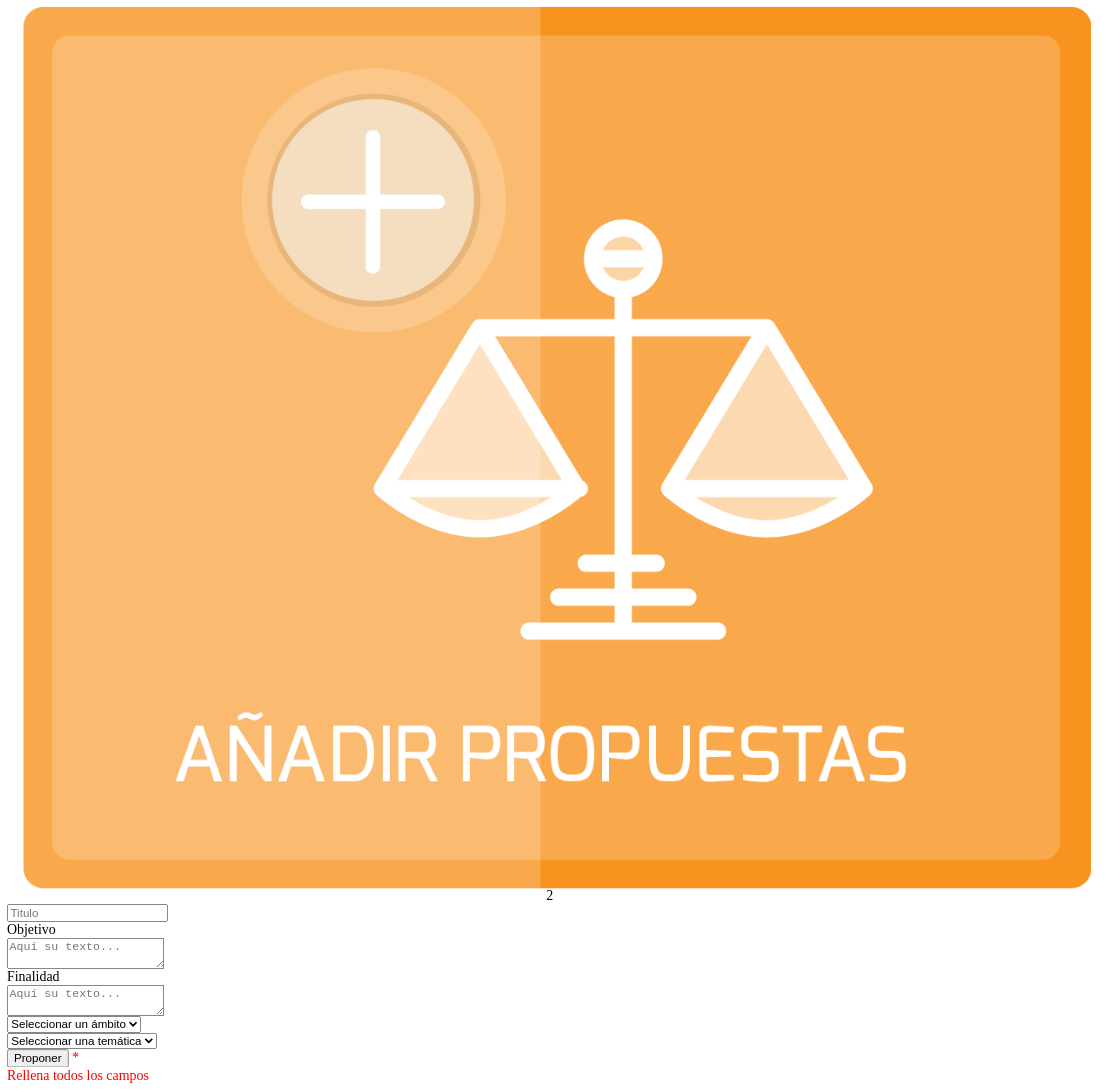
Repository: gamesrol/smartLament
Page: Cliente/partials/addPropuesta.html
The author's editor kept a record of every edit. The page is drawn from the files as they stood at one moment, then again after the next edit.
The browser window is 1280 px wide. The pictures show the whole page, at 87% of full size.

Above is the page before.

### Cliente/partials/addPropuesta.html
<div class="row">
	<div class="col-lg-12">
	    <center><a href="#/propuestas"><img class="iconsSocial" src="/img/addpropuesta.png" /></a></center>
	    <center>2 &nbsp; <span class="glyphicon glyphicon-minus" aria-hidden="true"> &nbsp; </span><span class="glyphicon glyphicon-plus" aria-hidden="true"></span></center>
        <div class="field">
            <input id="proposal_title" name="proposal[title]" type="text" class="nombreAndir" ng-model="proposal.title" placeholder="Titulo"/>
        </div>
        <div class="field">
            <label for="proposal_object" class="addPropuesta">Objetivo</label><br>
            <textarea id="proposal_object" name="proposal[object]" ng-model="proposal.object" type="text" placeholder="Aqu&iacute; su texto..." class="addPropuesta"></textarea>
        </div>
        <div class="field">
            <label for="proposal_finality" class="addPropuesta">Finalidad</label><br>
            <textarea id="proposal_finality" name="proposal[finality]" ng-model="proposal.finality" placeholder="Aqu&iacute; su texto..." class="addPropuesta"></textarea>
        </div>
        <div class="field">
            <select id="proposal_scope_id" name="proposal[scope_id]"  ng-model="proposal.scope" ng-options="scope.name for scope in scopes">
                <option value="">Seleccionar un &aacute;mbito</option>
            </select>
        </div>
        <div class="field">
            <select id="proposal_subject_id" name="proposal[subject_id]" ng-model="proposal.subject" ng-options="subject.name for subject in subjects">
                <option value="">Seleccionar una tem&aacute;tica</option>
            </select>
        </div>
        <div class="actions">
            <button name="commit" type="submit" ng-click="create()" class="enviar" ng-disabled="!proposal.title || !proposal.object || !proposal.finality || !proposal.scope || !proposal.subject">Proponer</button>
            <font color="red">*</span>
            <br>
            <span ng-if="!proposal.title || !proposal.object || !proposal.finality || !proposal.scope || !proposal.subject">Rellena todos los campos</span>
        </div>
	</div>
</div>

After the next edit:
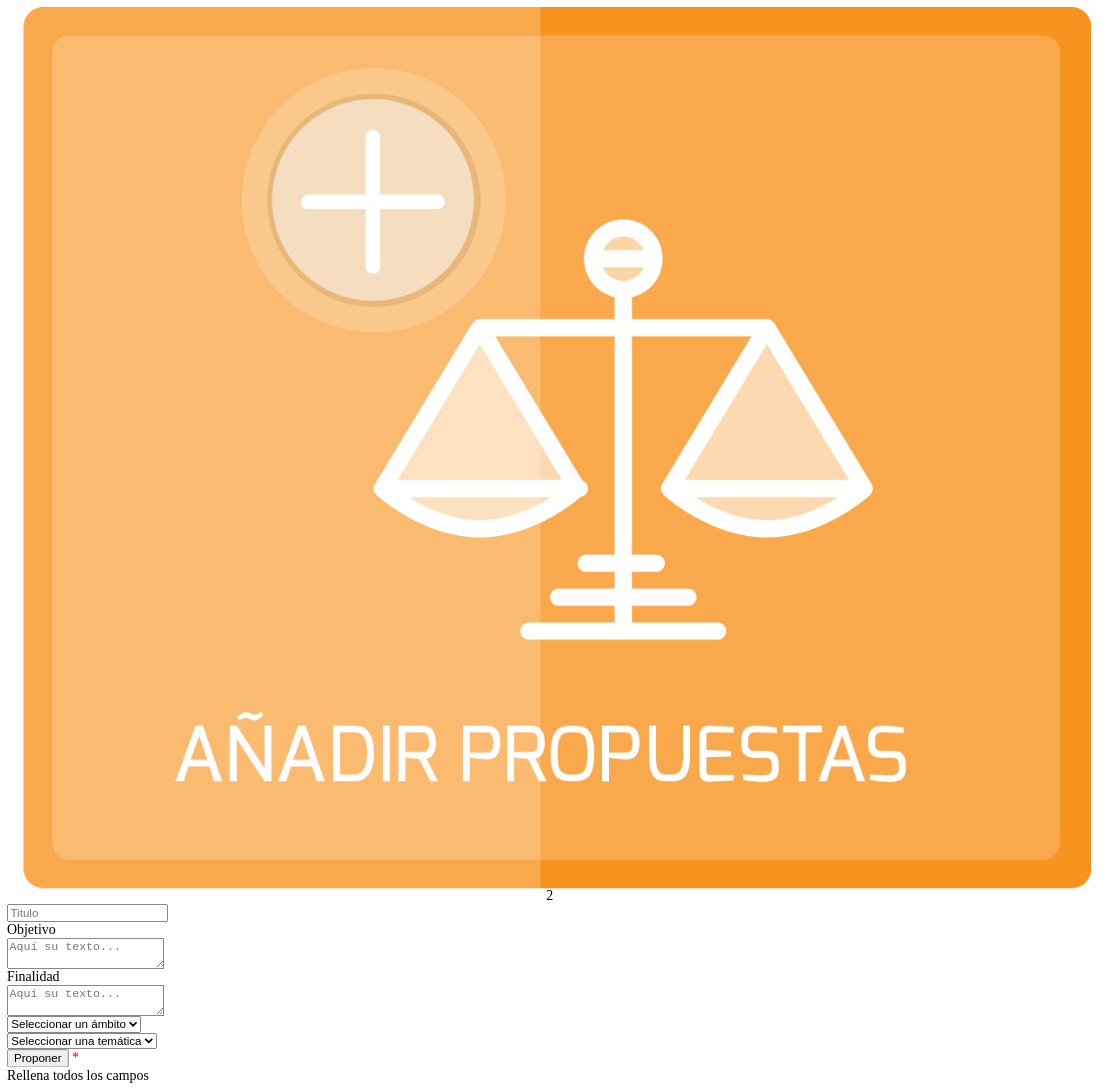
The edit:
--- a/Cliente/partials/addPropuesta.html
+++ b/Cliente/partials/addPropuesta.html
@@ -25,7 +25,7 @@
         </div>
         <div class="actions">
             <button name="commit" type="submit" ng-click="create()" class="enviar" ng-disabled="!proposal.title || !proposal.object || !proposal.finality || !proposal.scope || !proposal.subject">Proponer</button>
-            <font color="red">*</span>
+            <font color="red">*</font>
             <br>
             <span ng-if="!proposal.title || !proposal.object || !proposal.finality || !proposal.scope || !proposal.subject">Rellena todos los campos</span>
         </div>
